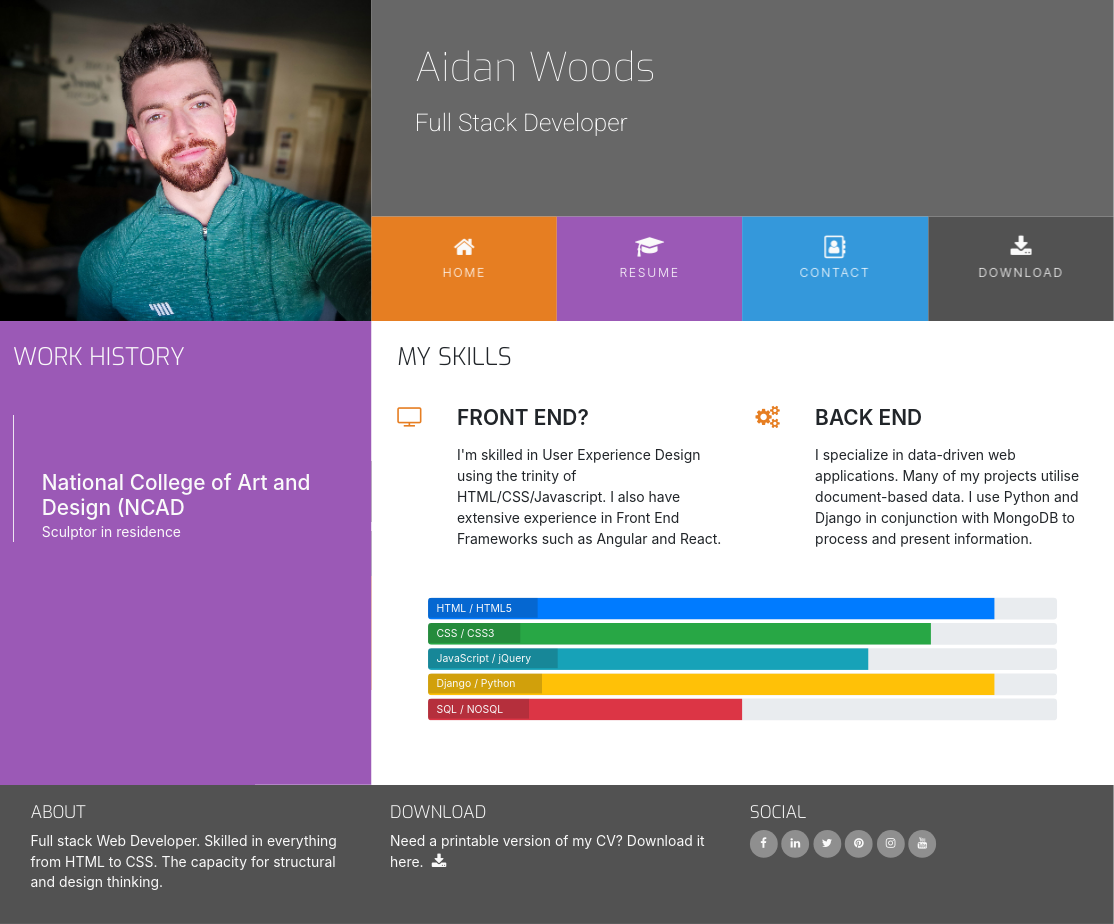
Repository: woodsyboi/Resume
Page: resume.html
The author's editor kept a record of every edit. The page is drawn from the files as they stood at one moment, then again after the next edit.
The browser window is 1280 px wide. The pictures show the whole page, at 87% of full size.

Above is the page before.

### resume.html
<!DOCTYPE html>
<html lang="en">

<head>
    <meta charset="UTF-8">
    <meta name="viewport" content="width=device-width, initial-scale=1.0">
    <meta http-equiv="X-UA-Compatible" content="ie=edge">
    <link rel="stylesheet" href="https://stackpath.bootstrapcdn.com/bootstrap/4.3.1/css/bootstrap.min.css" type="text/css" />
    <link rel="stylesheet" href="https://stackpath.bootstrapcdn.com/font-awesome/4.7.0/css/font-awesome.min.css" type="text/css" />
    <link rel="stylesheet" href="https://cdnjs.cloudflare.com/ajax/libs/hover.css/2.3.1/css/hover-min.css
" type="text/css" />
    <link rel="stylesheet" href="assets/css/style.css" type="text/css" />
    <title>Aidan</title>
</head>

<body>
    <header>
        <div class="row no-gutters">
            <a href="index.html" class="col-md-4 logo">

            </a>
            <div class="col-md-8">
                <div class="row no-gutters bg-color-name-title">
                    <div class="col heading">
                        <h1 class="name">Aidan Woods</h1>
                        <h2 class="title">Full Stack Developer</h2>
                    </div>

                </div>
                <div class="row no-gutters">
                    <div class="col">
                        <ul id="nav" class="list-inline menucontainer">
                            <li class="col-6 col-sm-3 ui-menu-color-home list-inline-item menuitem">
                                <a href="#" class="hvr-sweep-to-bottom"><i class="fa fa-home"></i><span>Home</span></a>
                            </li>
                            <li class="col-6 col-sm-3 ui-menu-color-resume list-inline-item menuitem">
                                <a href="#" class="hvr-sweep-to-bottom"><i class="fa fa-graduation-cap"></i><span>Resume</span></a>
                            </li>
                            <li class="col-6 col-sm-3 ui-menu-color-contact list-inline-item menuitem">
                                <a href="#" class="hvr-sweep-to-bottom"><i class="fa fa-address-book-o"></i><span>Contact</span></a>
                            </li>
                            <li class="col-6 col-sm-3 ui-menu-color-download list-inline-item menuitem">
                                <a href="#" class="hvr-sweep-to-bottom"><i class="fa fa-download"></i><span>Download</span></a>
                            </li>
                        </ul>
                    </div>
                </div>

            </div>
        </div>
    </header>
    <section class="container-fluid">

        <div class="row ">
            <div class="col-md-4 bg-color-work-history section-coloum">
                <div class="row">
                    <div class="col-12">
                        <h3 class="history-heading uppercase">
                            Work History
                        </h3>
                    </div>
                </div>
                <div class="timeline-item" data-dates="02/1998 - 04/2004">
                    <h4>National College of Art and Design (NCAD</h4>
                    <p>Sculptor in residence</p>
                </div>
            </div>


            <div class="col-md-8 bg-color-three-reasons section-column">
                <div class="row">
                    <div class="col">
                        <h3 class="section-heading uppercase">My Skills</h3>
                    </div>
                </div>
                <div class="row">
                    <div class="col-10 offset-1 offset-sm-0 col-sm-4 col-md-6">
                        <div class="row">
                            <div class="col-2">
                                <i class="three-reasons-icon fa fa-tv" aria-hidden="true"></i>
                            </div>
                            <div class="col-10">
                                <h4 class="three-reasons-heading uppercase">Front End?</h4>
                                <p>
                                    I'm skilled in User Experience Design using the trinity of HTML/CSS/Javascript. I also have extensive experience in Front End Frameworks such as Angular and React. </p>
                            </div>
                        </div>
                    </div>
                    <div class="col-10 offset-1 offset-sm-0 col-sm-4 col-md-6">
                        <div class="row">
                            <div class="col-2">
                                <i class="three-reasons-icon fa fa-gears" aria-hidden="true"></i>
                            </div>
                            <div class="col-10">
                                <h4 class="three-reasons-heading uppercase">Back End</h4>
                                <p>
                                    I specialize in data-driven web applications. Many of my projects utilise document-based data. I use Python and Django in conjunction with MongoDB to process and present information.
                                </p>
                            </div>
                        </div>
                    </div>


                </div>

                <div class="row progress-section">
                    <div class="col">
                        <div class="progress">
                            <div class="progress-bar" role="progressbar" aria-valuenow="90" aria-valuemin="0" aria-valuemax="100" style="width:90%;">
                                <span class="sr-only">90% complete</span>
                            </div>
                            <span class="progress-type">HTML / HTML5</span>
                        </div>
                        <div class="progress">
                            <div class="progress-bar bg-success" role="progressbar" aria-valuenow="980" aria-valuemin="0" aria-valuemax="100" style="width:80%;">
                                <span class="sr-only">80% complete</span>
                            </div>
                            <span class="progress-type">CSS / CSS3</span>
                        </div>
                        <div class="progress">
                            <div class="progress-bar bg-info" role="progressbar" aria-valuenow="70" aria-valuemin="0" aria-valuemax="100" style="width:70%;">
                                <span class="sr-only">70% complete</span>
                            </div>
                            <span class="progress-type">JavaScript / jQuery</span>
                        </div>
                        <div class="progress">
                            <div class="progress-bar bg-warning" role="progressbar" aria-valuenow="90" aria-valuemin="0" aria-valuemax="100" style="width:90%;">
                                <span class="sr-only">90% complete</span>
                            </div>
                            <span class="progress-type">Django / Python</span>
                        </div>
                        <div class="progress">
                            <div class="progress-bar bg-danger" role="progressbar" aria-valuenow="50" aria-valuemin="0" aria-valuemax="100" style="width:50%;">
                                <span class="sr-only">50% complete</span>
                            </div>
                            <span class="progress-type">SQL / NOSQL</span>
                        </div>
                    </div>
                </div>
            </div>
        </div>

    </section>
    <footer class="container-fluid">
        <div id="footer-details" class="row">
            <div class="col-sm-4">
                <h5 class="uppercase general-sub">About</h5>
                <p class="inline-block">
                    Full stack Web Developer. Skilled in everything from HTML to CSS. The capacity for structural and design thinking.</p>

            </div>
            <div class="col-sm-4">
                <h5 class="uppercase general-sub">Download</h5>
                <p class="inline-block">
                    Need a printable version of my CV? Download it here.
                    <a href="#" target="_blank" class="cv-pdf">
                        <i class="fa fa-download" aria-hidden="true"></i>
                        <span class="sr-only"> Download Link.</span>
                    </a>
                </p>

            </div>
            <div class="col-sm-4">
                <h5 class="uppercase general-sub">Social</h5>
                <ul class="list-inline social-links">
                    <li class="list-inline-item">
                        <a target="_blank" href="#">
                            <i class="fa fa-facebook" aria-hidden="true"></i>
                            <span class="sr-only">Facebook</span>
                        </a>
                    </li>
                    <li class="list-inline-item">
                        <a target="_blank" href="#">
                            <i class="fa fa-linkedin" aria-hidden="true"></i>
                            <span class="sr-only">LinkedIn</span>
                        </a>
                    </li>
                    <li class="list-inline-item">
                        <a target="_blank" href="#">
                            <i class="fa fa-twitter" aria-hidden="true"></i>
                            <span class="sr-only">Twitter</span>
                        </a>
                    </li>
                    <li class="list-inline-item">
                        <a target="_blank" href="#">
                            <i class="fa fa-pinterest" aria-hidden="true"></i>
                            <span class="sr-only">Pinterest</span>
                        </a>
                    </li>
                    <li class="list-inline-item">
                        <a target="_blank" href="#">
                            <i class="fa fa-instagram" aria-hidden="true"></i>
                            <span class="sr-only">Instagram</span>
                        </a>
                    </li>
                    <li class="list-inline-item">
                        <a target="_blank" href="#">
                            <i class="fa fa-youtube" aria-hidden="true"></i>
                            <span class="sr-only">YouTube</span>
                        </a>
                    </li>
                </ul>

            </div>
        </div>
    </footer>

</body>

</html>

### assets/css/style.css
@import url('https://fonts.googleapis.com/css?family=Roboto:100,200,300,400,500,600,700|Exo:100,200,300,400,500,600,700');


/*------------------------------Colors--------*/

.bg-color-name-title {
    background-color: #676767;
}


.bg-color-three-reasons {
    background-color:#fff;
}

.bg-color-personal-info {
    background-color: #f4f4f4;
}

.ui-menu-color-home {
    background-color: #e67e22;

}

.ui-menu-color-resume {
    background-color: #9b59b6;

}

.ui-menu-color-contact {
    background-color: #3498db;

}

.ui-menu-color-download {
    background-color: #525252;

}

.bg-color-work-history {
    background-color: #9b59b6;
}

/*----------------------------special paddings/margins/text*/

h1,
h2,
h3,
h4 {
    margin: 0;
}

.uppercase {
    text-transform: uppercase;
}

.general-sub {
    font-family:"Exo", sans-serif;
    font-weight: 300;
    color: #fafafa;
}

.inline-block{
    display:inline-block;
}

.row-table {
    display:table;
}

.section-column {
    display:table-cell;
    padding:0 30px 30px;
    float:none;
}

.history-heading,
.section-heading{
    font-family:"Exo", sans-serif;
    font-weight: 300;
    margin-top: 25px;
    margin-bottom: 40px;
}
/*-------------------------------Heading--------*/

header {

    margin: 0;

}

.heading {
    margin-left: 50px;

}

.logo {
    background: url("../images/my_face.jpg");
    background-position: center;
    background-repeat: no-repeat;
    background-size: cover;
    min-height: 360px;
    transition: all .5s ease-in-out;
    -moz-transition: all .5s ease-in-out;
    -webkit-transition: all .5s ease-in-out;
}

.name {
    font-family: "Exo", sans-serif;
    font-weight: 100;
    font-size: 46px;
    margin-top: 50px;
    color: #fff;

}

.title {
    font-family: "Roboto", sans-serif;
    font-weight: 200;
    font-size: 28px;
    margin-top: 20px;
    margin-bottom: 90px;
    color: #fff;

}

.list-inline-item:not(:last-child) {
    margin: 0;
}

.menucontainer {
    font-size: 0;
}

#nav {
    margin: 0;
}

#nav li {
    font-size: 14px;
    padding: 0;
}


.menuitem {
    height: 120px;
    text-align: center;
    padding: 0;

}

.menuitem a {
    width: 100%;
    text-decoration: none;
    color: #fff;
    height: 120px;

}

.menuitem a i {
    padding-top: 22px;
    display: block;
    color: #fafafa;
    font-size: 26px;


}

.menuitem span {
    display: block;
    width: 100%;
    padding-top: 5px;
    text-align: center;
    text-transform: uppercase;
    font-size: 14px;
    font-weight: 300;
    letter-spacing: 2px;

}



/*----------------------------hover*/

.hvr-sweep-to-bottom:before {
    background-color: rgba(0, 0, 0, 0.2);
    height: 120px;

}


/*-------------------------------footer--------*/

footer{
    background-color: #525252;
    color:#fafafa;
    min-height: 120px;
}


.cv-pdf i{
   font-size: 18px;
   color: #fafafa;
   text-align: center;
   padding-left: 5px;
   transition: all 0.35s ease-in-out;
   -moz-transition: all 0.35s ease-in-out;
   -webkit-transition: all 0.35s ease-in-out;
   -o-transition: all 0.35s ease-in-out;

}

.cv-pdf i:hover {
    color:#e84710;
}

.social-links{
    padding-bottom: 15px;
}

.social-links li a i {
    width:32px;
    height:32px;
    padding:12px 0;
    border-radius:50%;
    font-size: 13px;
    line-height: 7px;
    text-align:center;
    color:#fafafa;
    background:#8f8f8f;
    transition: all 0.35s ease-in-out;
   -moz-transition: all 0.35s ease-in-out;
   -webkit-transition: all 0.35s ease-in-out;
   -o-transition: all 0.35s ease-in-out;

}

.social-links li a i:hover {
    background:#e84710;
}

#footer-details {
    padding:20px;
}

/*-------------------------------Three reasons--------*/

.three-reasons-icon {
    font-size:26px;
    color: #e67e22;
}

.three-reasons-heading {
    margin-bottom: 15px;
}

.three-reasons-heading {
    font-weight: 600;
}

/*------------------------------Personal Info--------*/

.personal-info-item {
    margin-bottom:20px;
    display: block;
    clear: both;
}

.personal-info-item .key,
.personal-info-item .value {
    padding-right:8px;
    display:inline-block;

}

.personal-info-item .key p,
.personal-info-item .value p{
    margin:0;
}

.personal-info-item .key{
    width:30%;
    margin-right:21px;
    padding-top:2px;
    vertical-align:top;
}

.personal-info-item .key p {
    font-weight: 700;
}

.personal-info-item .value{
    position: relative;
    width: 60%;
}

/*-----------------------------Skills--------*/

.progress{
    position: relative;
    height:25px;
    margin-bottom:4px;
}

.progress-type {
    position: absolute;
    left:0px;
    font-weight: 400;
    padding: 3px 30px 2px 10px;
    color: #fafafa;
    background-color: rgba(25,25,25,0.2);
}

.progress-section {
    margin: 40px 20px;
}

/*-----------------------------work history--------*/


.history-heading{
    color:#fafafa;
    margin-bottom: 50px;
}

.timeline-item {
    padding: 4em 2em 0em 2em;
    position:relative;
    color: #fafafa;
    border-left: 1px solid;


}

.timeline-item p {
    padding: 0;
    margin: 0;

}
.timeline-item:before {
    content:attr{data-dates);
    position: absolute;
    left: 2.5em;
    top: 3em;
    display: block;
    font-family: "Exo", sans-serif;
    font-weight: 500;
    font-size: 0.8em;
    padding:0;
    margin:0;
}

.timeline-item:after {
    width: 12px;
    height: 12px;
    display: block;
    top: 2.4em;
    position:absolute;
    left:-6px;
    border-radius:12px;
    content: '';
    background: #fafafa;
}

After the next edit:
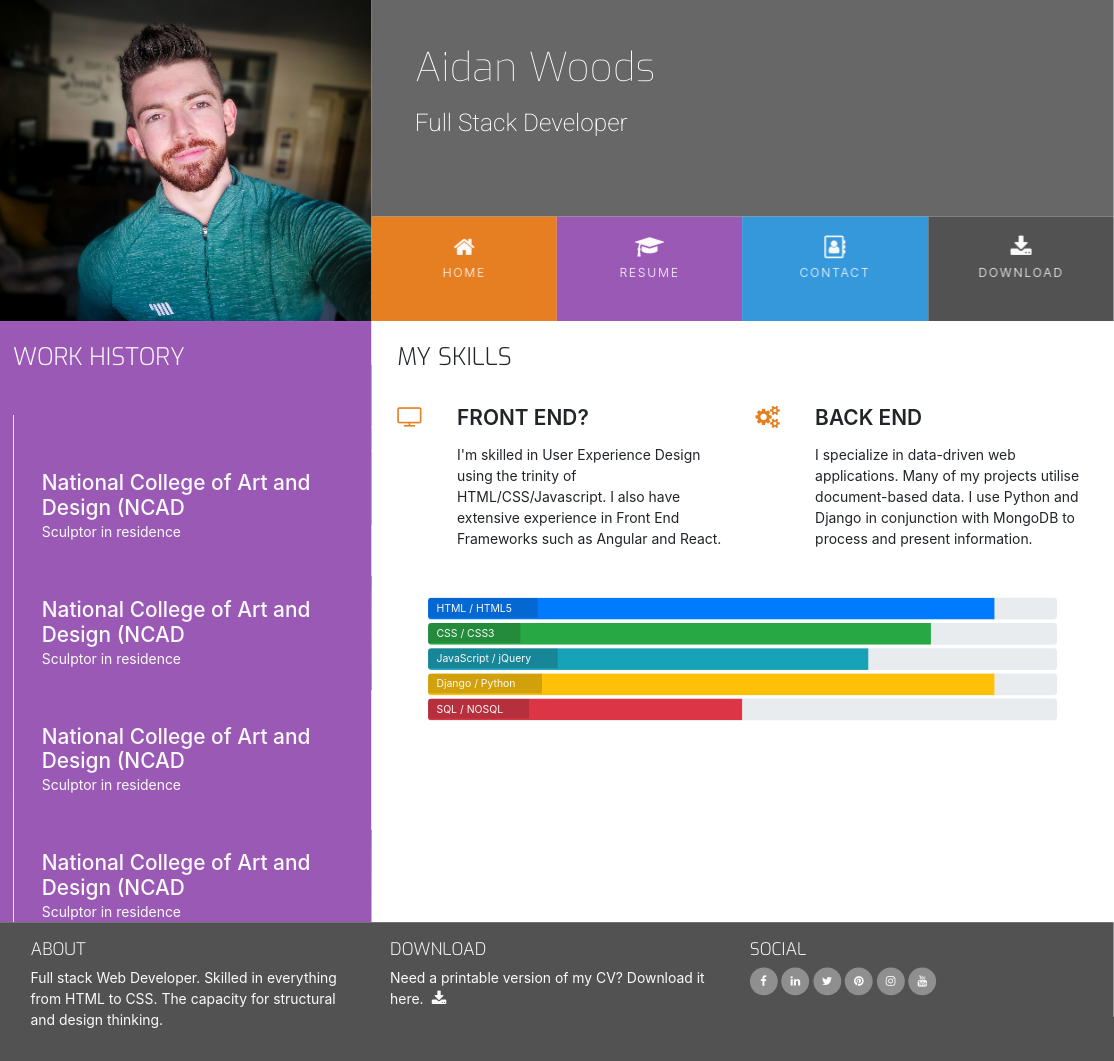
The edit:
--- a/resume.html
+++ b/resume.html
@@ -64,6 +64,18 @@
                     <h4>National College of Art and Design (NCAD</h4>
                     <p>Sculptor in residence</p>
                 </div>
+                <div class="timeline-item" data-dates="02/1998 - 04/2004">
+                    <h4>National College of Art and Design (NCAD</h4>
+                    <p>Sculptor in residence</p>
+                </div>
+                <div class="timeline-item" data-dates="02/1998 - 04/2004">
+                    <h4>National College of Art and Design (NCAD</h4>
+                    <p>Sculptor in residence</p>
+                </div>
+                <div class="timeline-item" data-dates="02/1998 - 04/2004">
+                    <h4>National College of Art and Design (NCAD</h4>
+                    <p>Sculptor in residence</p>
+                </div>
             </div>
 
 
